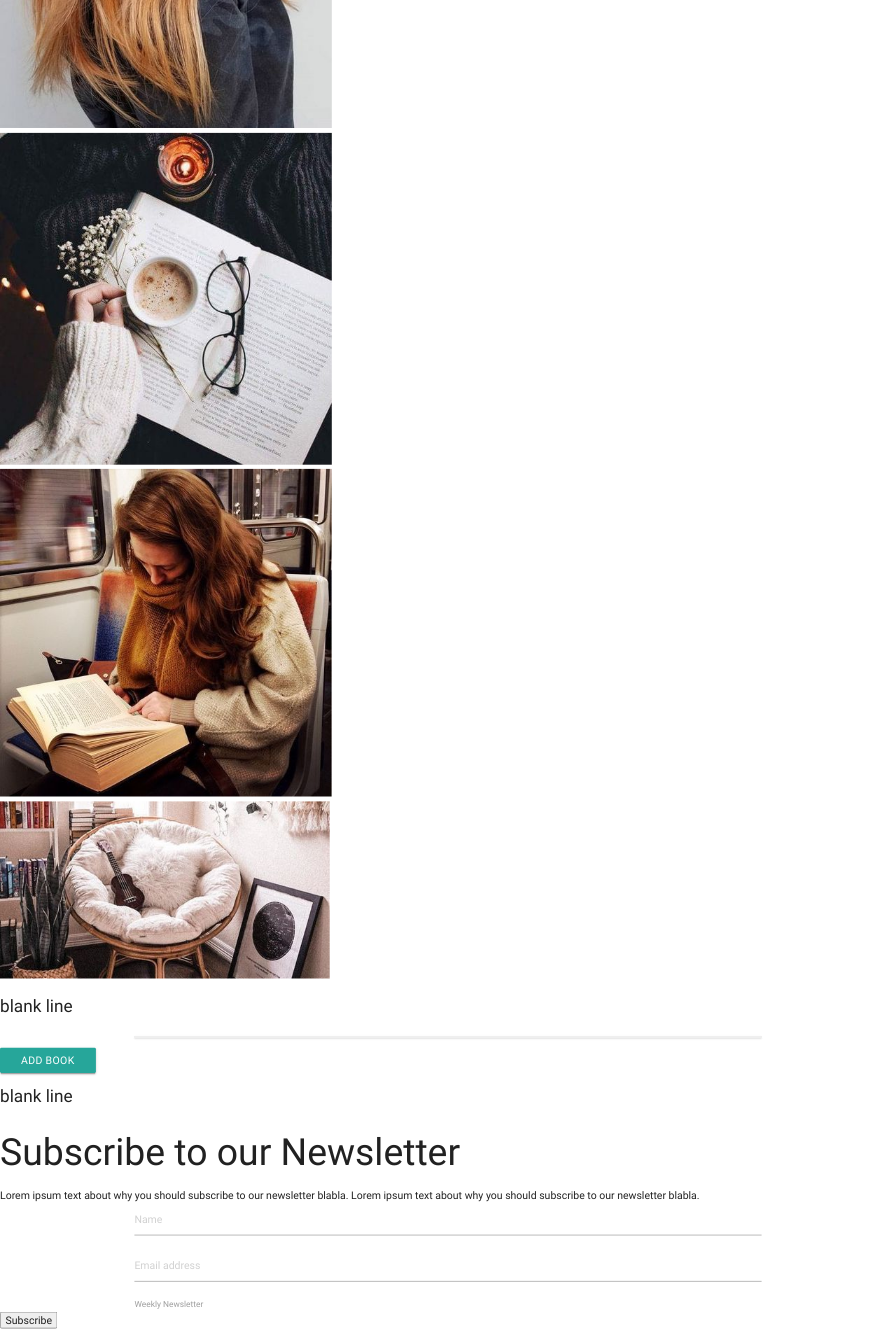
Repository: elizabeth24602/paper-to-screen
Page: http://localhost/forum1
The author's editor kept a record of every edit. The page is drawn from the files as they stood at one moment, then again after the next edit.
The browser window is 1280 px wide. The pictures show the part of the page from y = 657 to 2577 px (the page is 2555 px tall before and 2577 px after), at 70% of full size.
Some web libraries are served in a nearby version. The page is served by the project's application, run on Flask 3 (app.py). Queries for data that is not in the repository find no rows.

Above is the page before.

After the next edit:
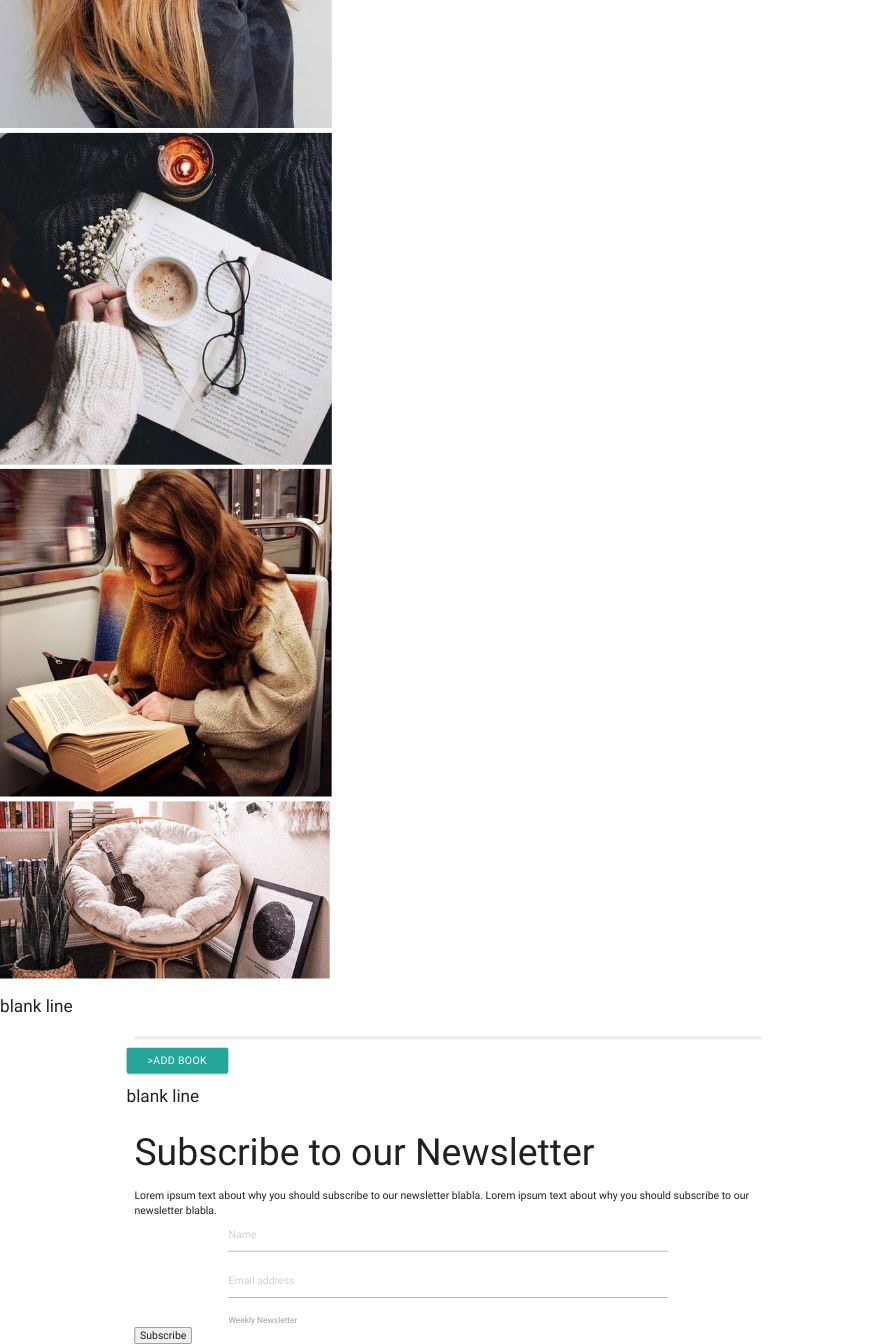
The edit:
--- a/templates/forum1.html
+++ b/templates/forum1.html
@@ -58,8 +58,9 @@
         {% endfor %}
     </ul>
     </div>
+    <div class="container">
         <div class="row">
-            <button class="btn waves-effect waves-light" type="submit" name="action">Add Book</button>
+            <button class="btn waves-effect waves-light" type="submit" name="action">>Add Book</button>
         </div>
 
            <div class="row">
